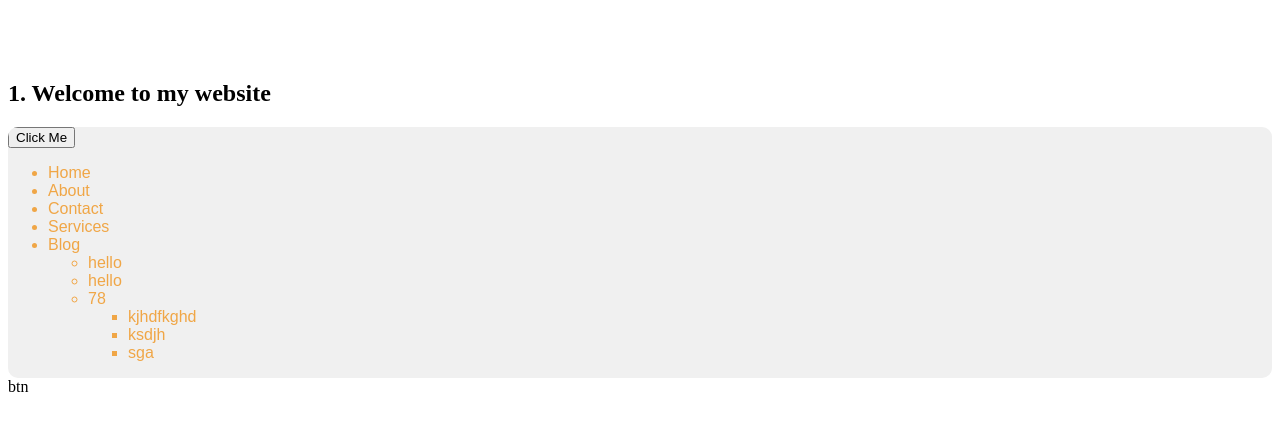
Repository: phulkeshwarmahto/CompleteJS
Page: index.html
The author's editor kept a copy of each file at every save. The page is drawn from the files as they stood at one save, then again after the next save.
The browser window is 1280 px wide. The pictures show the whole page.

Above is the page before, as saved 2025-06-26 11:13:34.

After the next save:
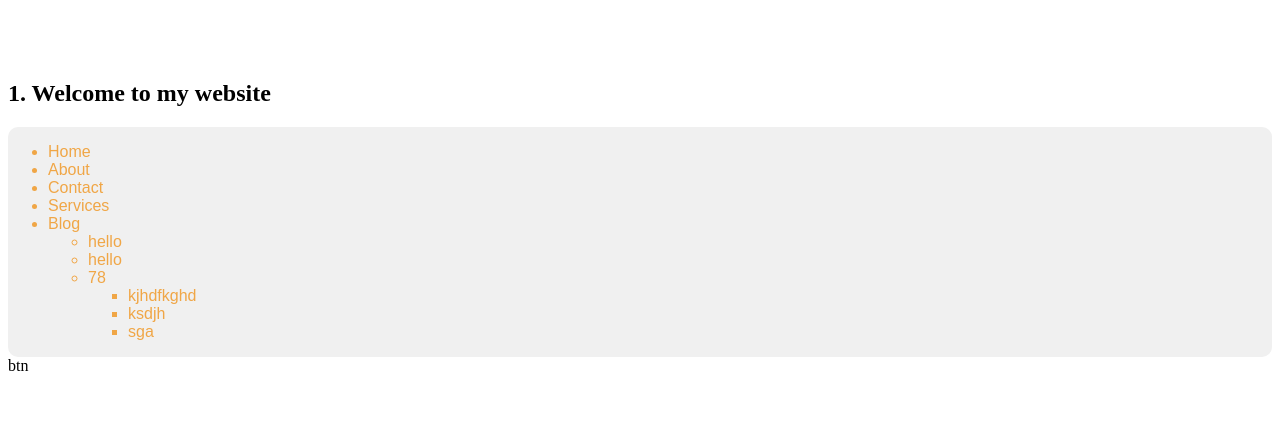
Saved 9 s later.
--- a/DocumentObjectModel(DOM).js
+++ b/DocumentObjectModel(DOM).js
@@ -133,6 +133,6 @@
 console.log(btn); // Logging the button element
 
 let div = document.querySelector("div");
-div.prepend(btn); // Appending the button to the <div> element
+// div.prepend(btn); // Appending the button to the <div> element
 div.after("btn")
 console.log(div); // Logging the <div> element after appending the button

After the 3 saves that followed:
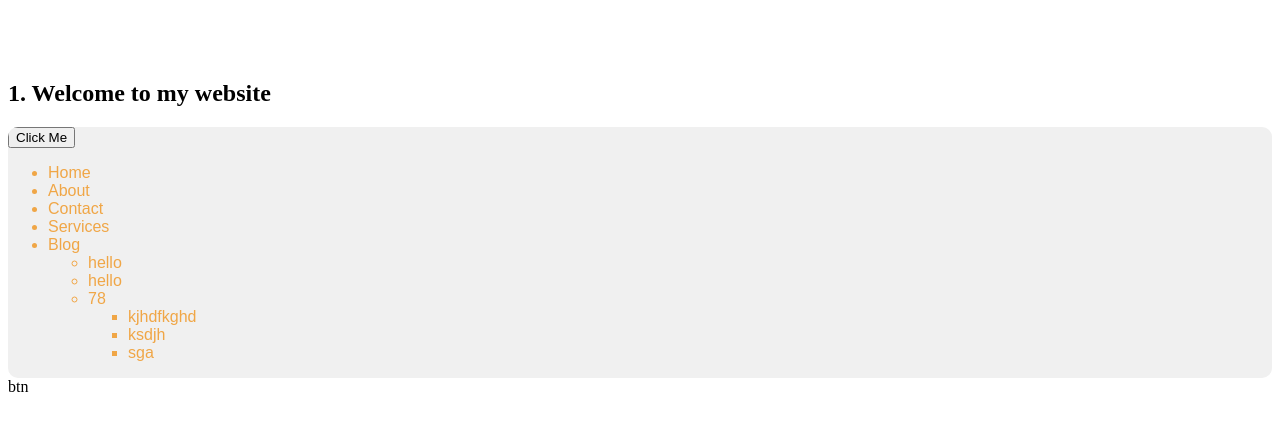
The 3 saves are shown as one change because 2 left the picture as it was.
The last was saved 113 s later.
--- a/DocumentObjectModel(DOM).js
+++ b/DocumentObjectModel(DOM).js
@@ -133,6 +133,6 @@
 console.log(btn); // Logging the button element
 
 let div = document.querySelector("div");
-// div.prepend(btn); // Appending the button to the <div> element
+div.prepend(btn); // Appending the button to the <div> element
 div.after("btn")
-console.log(div); // Logging the <div> element after appending the button
+// console.log(div); // Logging the <div> element after appending the button
